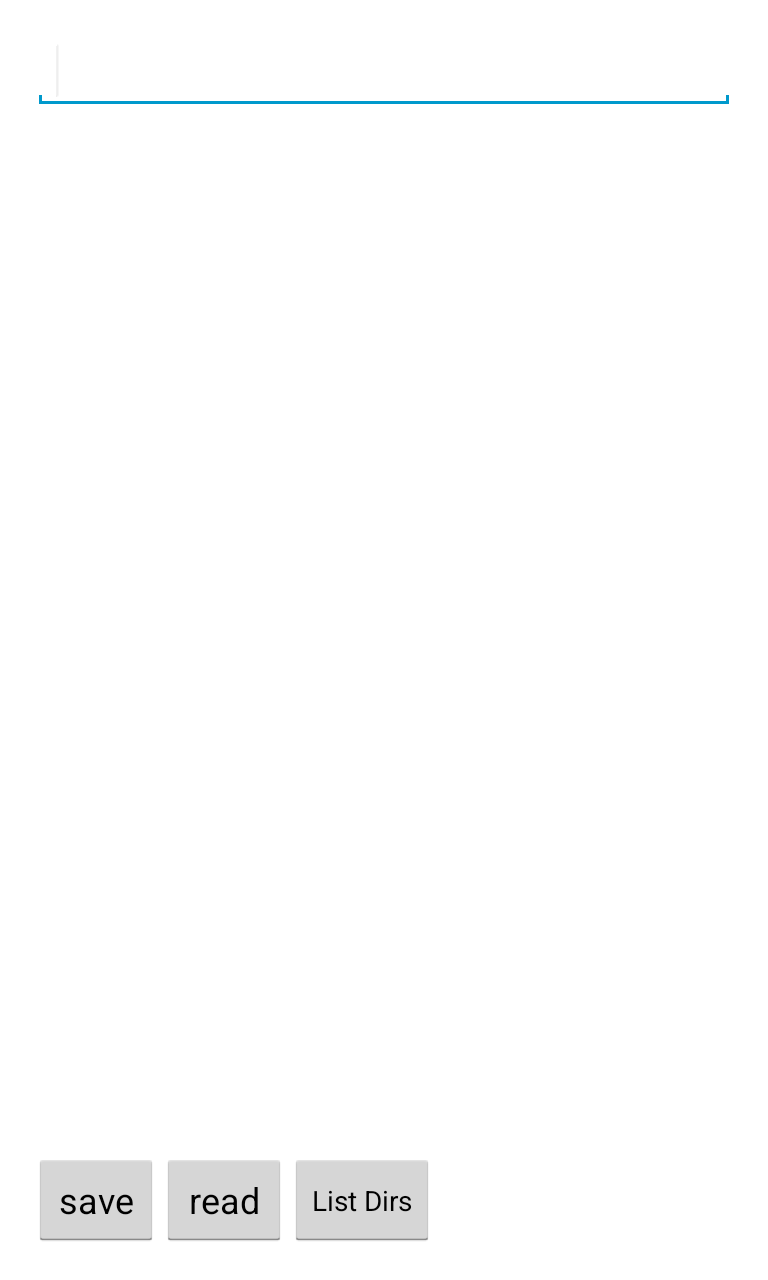
Repository: yashmoda/Android-Practice
Layout: ExternalStorageDemo/res/layout/activity_main.xml
These files come from the project's save history. The layout is drawn as it stood at one moment and after the next save; the edit follows.
It is drawn on a 768 x 1280 px phone screen (xhdpi) without system bars, with theme AppTheme; the app's code is not run. The app's manifest (not shown) leaves right-to-left support off. So textAlignment, textDirection and layoutDirection are ignored, and left and right values win over start and end ones.

Above is the layout before, as saved 2017-06-18 18:52:34.

### ExternalStorageDemo/res/layout/activity_main.xml
<RelativeLayout xmlns:android="http://schemas.android.com/apk/res/android"
    xmlns:tools="http://schemas.android.com/tools"
    android:layout_width="match_parent"
    android:layout_height="match_parent"
   android:paddingBottom="@dimen/activity_vertical_margin"
    android:paddingLeft="@dimen/activity_horizontal_margin"
    android:paddingRight="@dimen/activity_horizontal_margin"
    android:paddingTop="@dimen/activity_vertical_margin"
    tools:context=".MainActivity">

    <EditText
        android:id="@+id/editText"
        android:layout_width="wrap_content"
        android:layout_height="wrap_content"
        android:ems="10"
        android:layout_alignParentTop="true"
        android:layout_alignParentLeft="true"
        android:layout_alignParentStart="true"
        android:layout_alignParentRight="true"
        android:layout_alignParentEnd="true">

        <requestFocus />
    </EditText>

    <TextView
        android:layout_width="fill_parent"
        android:layout_height="120dp"
        android:id="@+id/textView"
        android:layout_alignParentLeft="true"
        android:layout_alignParentStart="true"
        android:layout_below="@+id/editText"
        android:layout_above="@+id/button_save"
        android:layout_marginTop="10dp" />

    <Button
        android:id="@+id/button_save"
        android:layout_width="wrap_content"
        android:layout_height="wrap_content"
        android:text="save"
        android:layout_alignParentBottom="true"
        android:layout_alignLeft="@+id/textView"
        android:layout_alignStart="@+id/textView" />

    <Button
        android:id="@+id/button_read"
        android:layout_width="wrap_content"
        android:layout_height="wrap_content"
        android:layout_alignBaseline="@+id/button_save"
        android:layout_alignBottom="@+id/button_save"
        android:layout_toRightOf="@+id/button_save"
        android:text="read" />

    <Button
        style="?android:attr/buttonStyleSmall"
        android:layout_width="wrap_content"
        android:layout_height="wrap_content"
        android:text="List Dirs"
        android:id="@+id/button_list"
        android:layout_alignBottom="@+id/button_read"
        android:layout_toRightOf="@+id/button_read"
        android:layout_toEndOf="@+id/button_read" />

</RelativeLayout>

Loaded but not shown: ExternalStorageDemo/res/values/styles.xml (common file); ExternalStorageDemo/res/values-v11/styles.xml (common file); ExternalStorageDemo/res/values-v14/styles.xml (common file); ExternalStorageDemo/res/values/dimens.xml (common file); ExternalStorageDemo/res/values-w820dp/dimens.xml (common file)

After the next save:
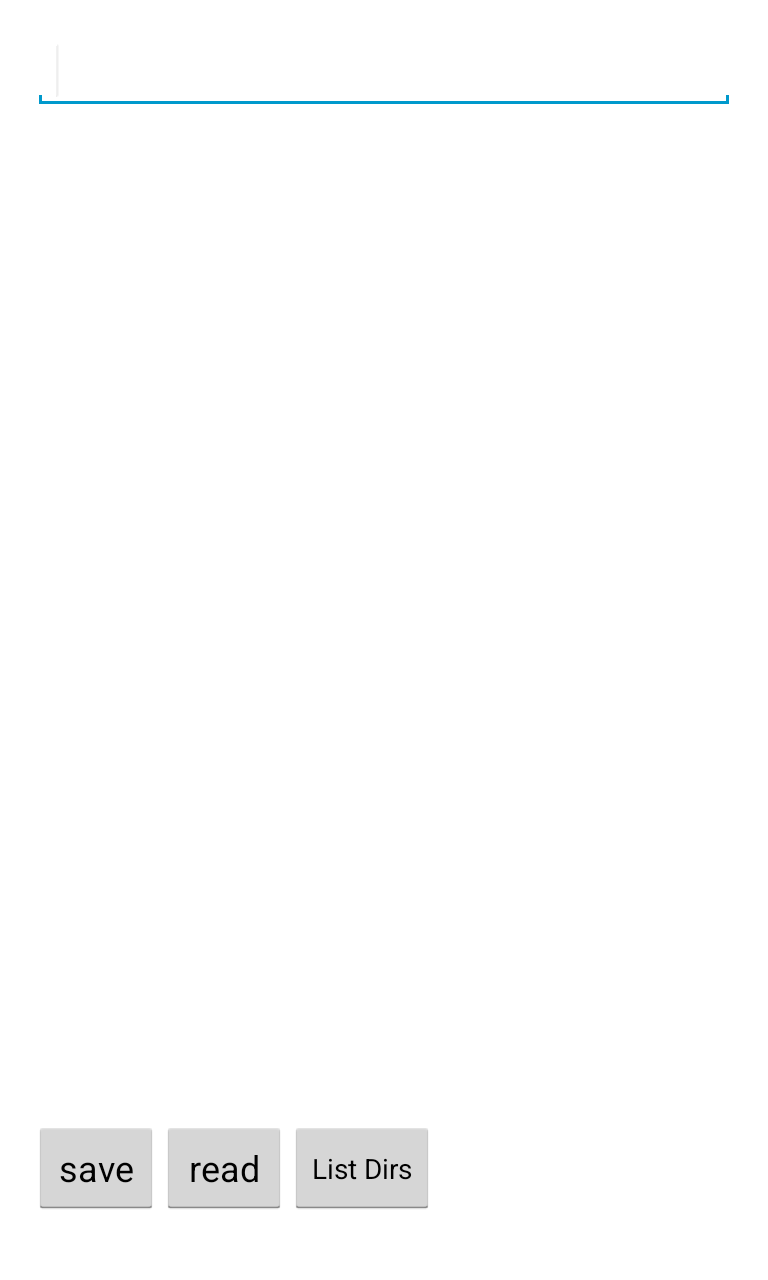
Saved 4 min 59 s later.
--- a/ExternalStorageDemo/res/layout/activity_main.xml
+++ b/ExternalStorageDemo/res/layout/activity_main.xml
@@ -33,15 +33,6 @@
         android:layout_marginTop="10dp" />
 
     <Button
-        android:id="@+id/button_save"
-        android:layout_width="wrap_content"
-        android:layout_height="wrap_content"
-        android:text="save"
-        android:layout_alignParentBottom="true"
-        android:layout_alignLeft="@+id/textView"
-        android:layout_alignStart="@+id/textView" />
-
-    <Button
         android:id="@+id/button_read"
         android:layout_width="wrap_content"
         android:layout_height="wrap_content"
@@ -60,4 +51,14 @@
         android:layout_toRightOf="@+id/button_read"
         android:layout_toEndOf="@+id/button_read" />
 
+    <Button
+        android:id="@+id/button_save"
+        android:layout_width="wrap_content"
+        android:layout_height="wrap_content"
+        android:layout_alignLeft="@+id/textView"
+        android:layout_alignParentBottom="true"
+        android:layout_alignStart="@+id/textView"
+        android:layout_marginBottom="16dp"
+        android:text="save" />
+
 </RelativeLayout>
